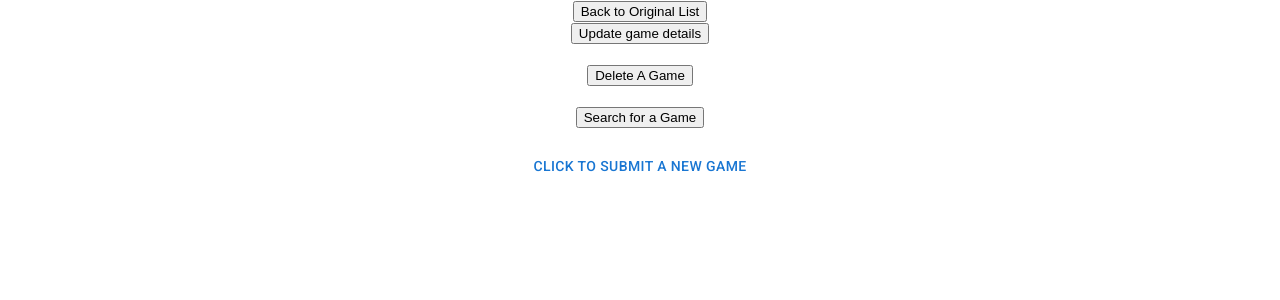
Repository: The-Software-Guild/assessment-2-react-nj10deadend
Page: / (app in Part-2/React-section/frontend/)
An editor plug-in stored every save of this project. The page is shown before and after the next save, followed by the edit.
The browser window is 1280 px wide. The pictures show the whole page.
The page's requests for data from a server got no answer. The project was rebuilt for these pictures with package versions that can differ from the ones it lists, and the page was loaded fresh each time. No one was signed in, and anything a server would have sent is missing. Also part of the build but not shown: Part-2/React-section/frontend/src/components/GameCards.js.

Above is the page before, as saved 2021-12-19 16:00:56.

After the next save:
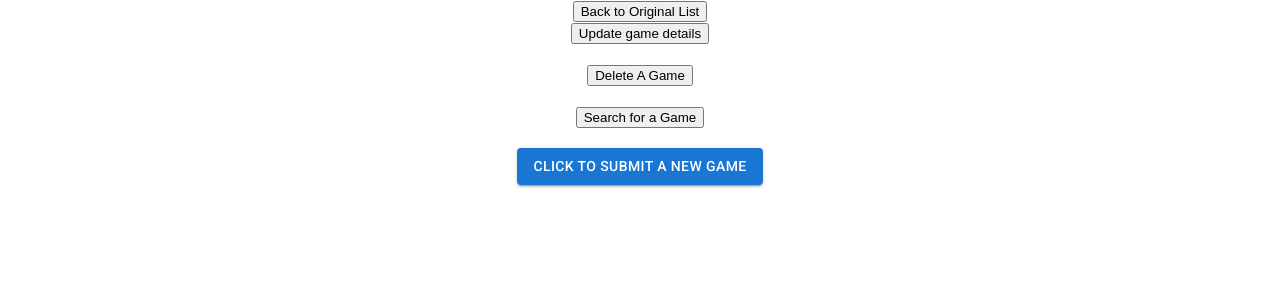
Saved 50 s later.
--- a/Part-2/React-section/frontend/src/components/AddGameForm.js
+++ b/Part-2/React-section/frontend/src/components/AddGameForm.js
@@ -48,7 +48,7 @@ function AddGameForm ({setGameData}) {
 
     return (
         <div>
-            <Button onClick={() => {setClicked(!clicked)}}>{buttonText}</Button>
+            <Button variant="contained"onClick={() => {setClicked(!clicked)}}>{buttonText}</Button>
             {clicked && (
                 <form onSubmit={onSubmit}>
                     <div>
